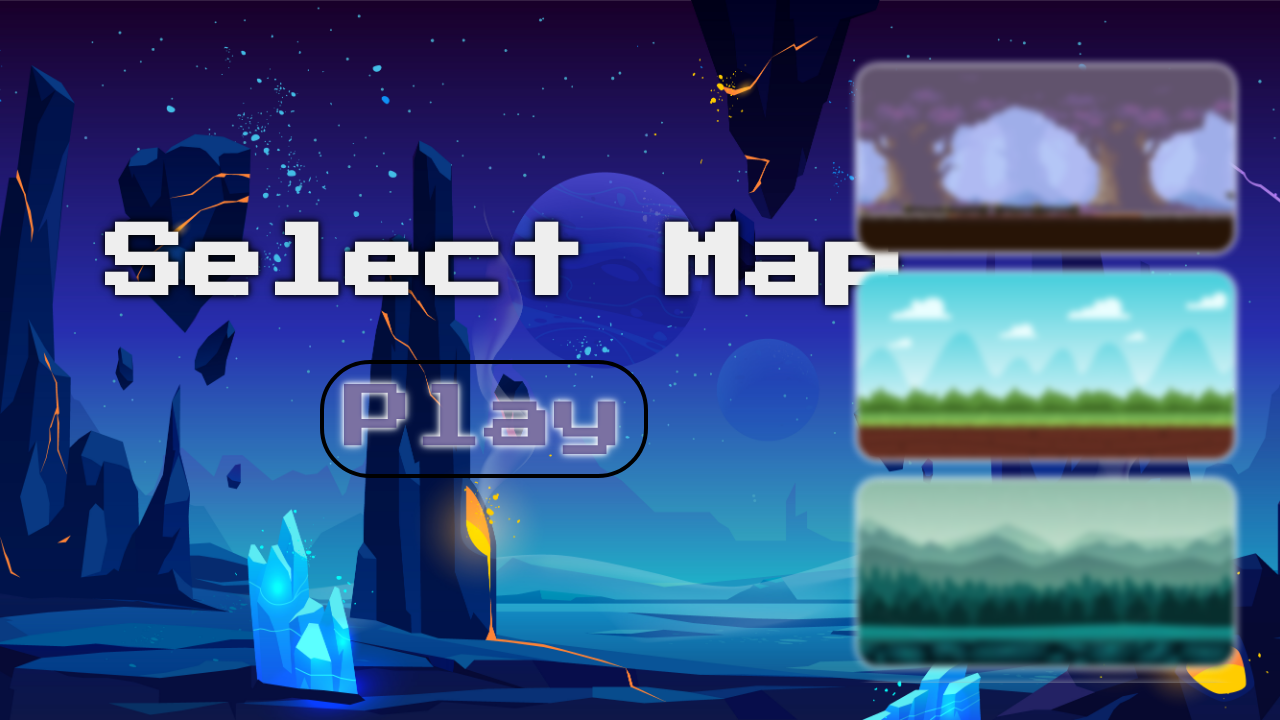
Repository: Gaurav31052/Fighting-game
Page: home.html
An editor plug-in stored every save of this project. The page is shown before and after a run of saves, followed by the edit.
The browser window is 1280 px wide. The pictures show the whole page.
An inner scrolling area shows only its first screen.

Above is the page before, as saved 2024-06-06 23:44:41.

After the next 3 saves:
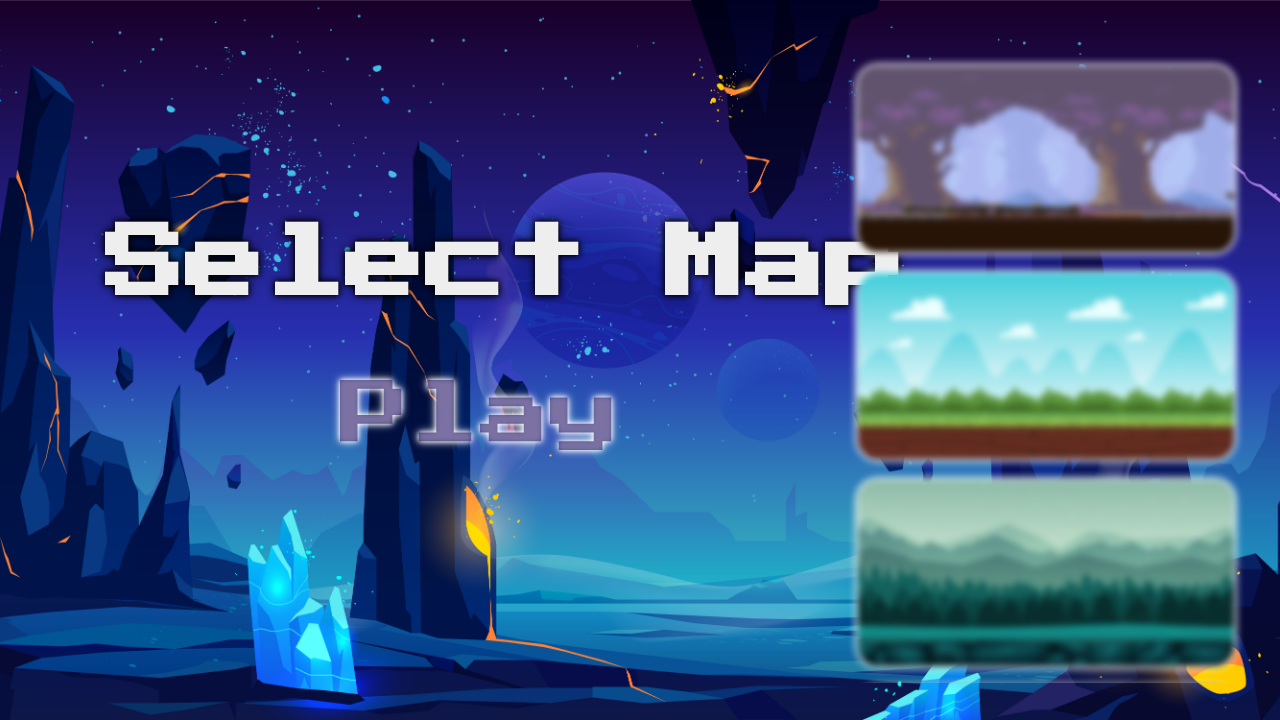
The 3 saves are shown as one change because they came seconds apart.
The last was saved 51 s later.
--- a/style.css
+++ b/style.css
@@ -51,11 +51,12 @@ a {
     border: none;
 }
 #btn{
-    border: 4px solid black;
-    border-radius: 50px;
+
 
 }
 #btn:hover{
+    border: 4px solid black;
+    border-radius: 50px;
     background-color: white;
 
 }
